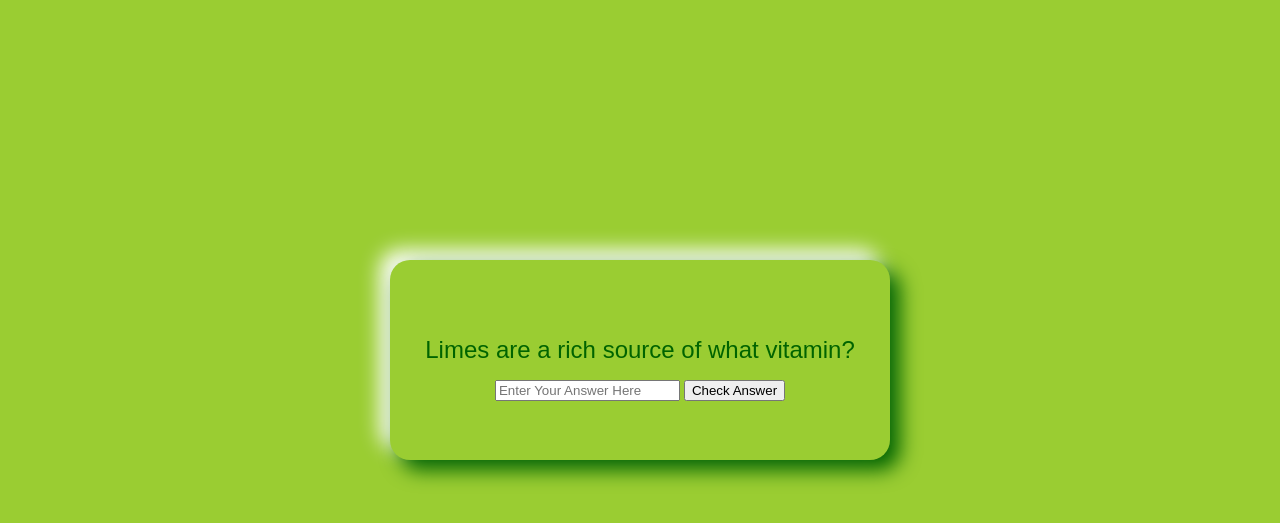
Repository: Joseph061200/Dynamic_Lab2
Page: joseph.html
The author's editor kept a copy of each file at every save. The page is drawn from the files as they stood at one save, then again after a run of saves.
The browser window is 1280 px wide. The pictures show the whole page.

Above is the page before, as saved 2020-02-20 14:33:16.

After the next 2 saves:
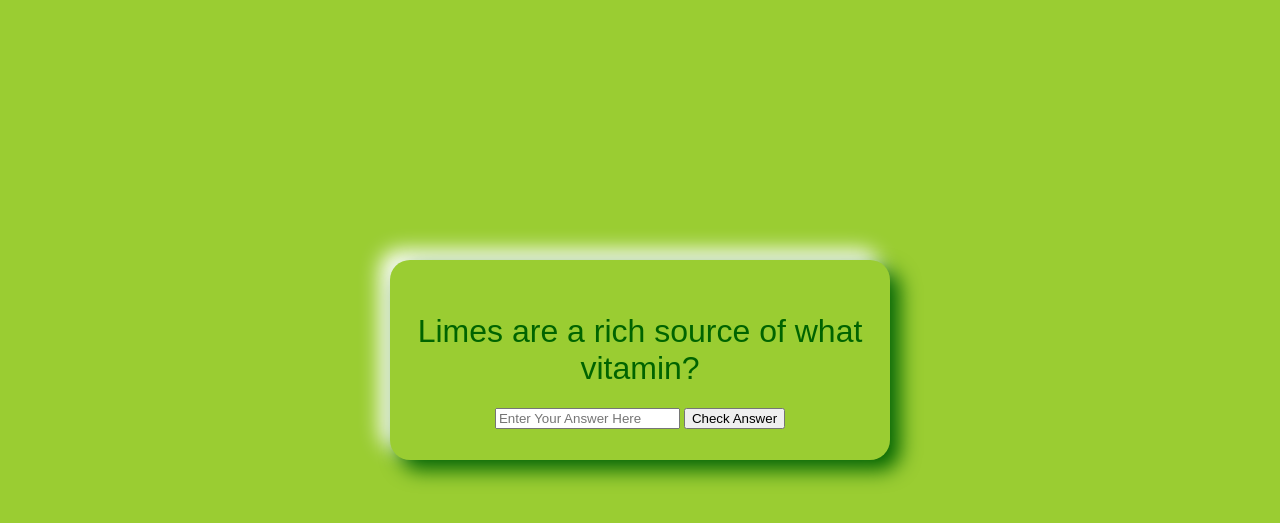
The 2 saves are shown as one change because they came seconds apart.
The last was saved 31 s later.
--- a/joseph.css
+++ b/joseph.css
@@ -23,7 +23,8 @@ body,html {
 }
 h1 {
     font-family: sans-serif;
-    font-size: 24px;
+    font-size: 32px;
     font-weight: 300;
+    text-align: center;
     color: darkgreen;
 }
